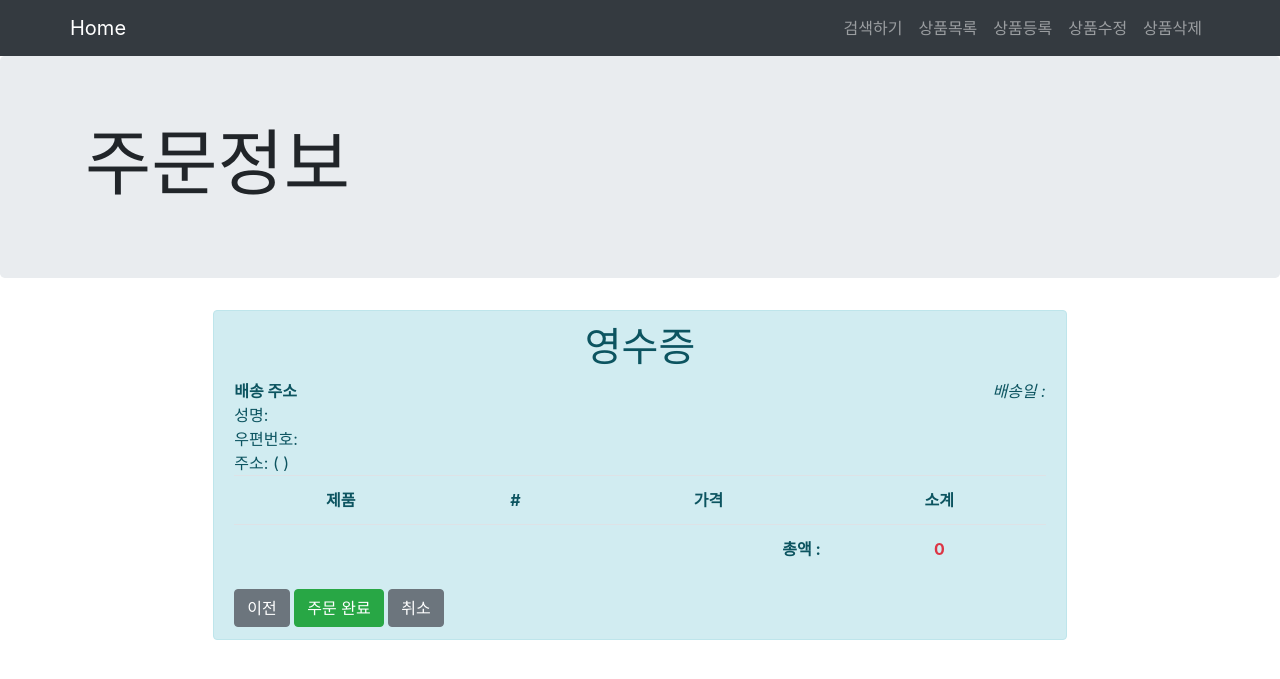
Repository: akwls/PokaPoki
Page: http://localhost/PokaPoki/orderConfirmation.jsp
These files come from the project's save history. The page is drawn as it stood at one moment and after the next save; the edit follows.
The browser window is 1280 px wide. The pictures show the whole page.
The page is served by Tomcat 9.

Above is the page before, as saved 2021-12-05 08:00:07.

After the next save:
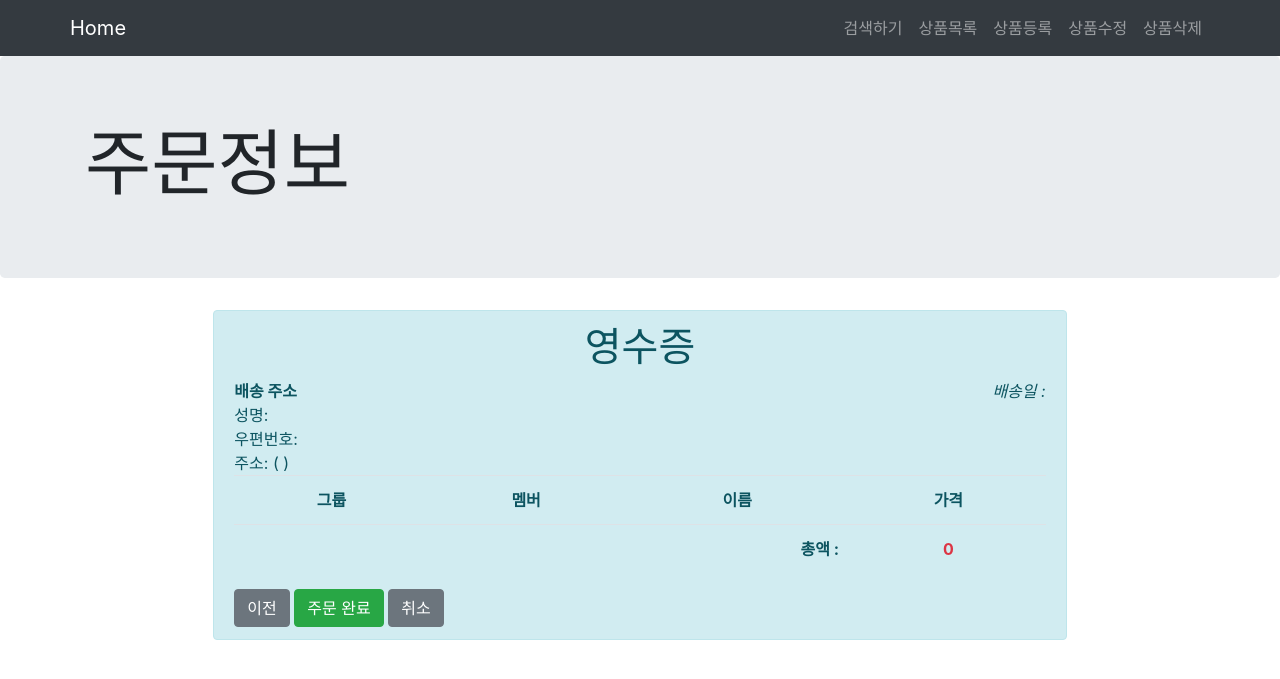
Saved 68 s later.
--- a/PokaPoki/WebContent/orderConfirmation.jsp
+++ b/PokaPoki/WebContent/orderConfirmation.jsp
@@ -76,10 +76,10 @@
 		<div>
 			<table class="table table-hover">
 				<tr>
-					<th class="text-center">제품</th>
-					<th class="text-center">#</th>
+					<th class="text-center">그룹</th>
+					<th class="text-center">멤버</th>
+					<th class="text-center">이름</th>
 					<th class="text-center">가격</th>
-					<th class="text-center">소계</th>
 				</tr>
 				<%
 					int sum = 0;
